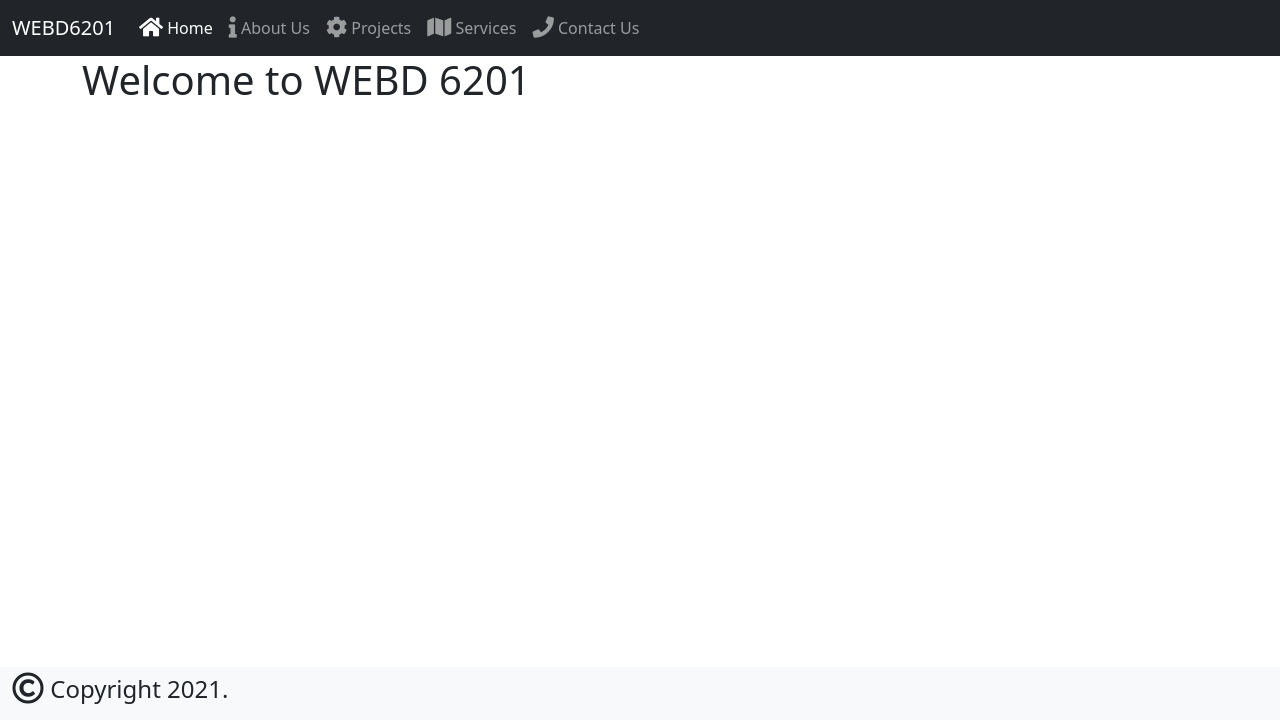
Repository: vans12345678/WEBD6201-W2021-ICE3b
Page: index.html
These files come from the project's save history. The page is drawn as it stood at one moment and after the next save; the edit follows.
The browser window is 1280 px wide. The pictures show the whole page.

Above is the page before, as saved 2021-02-03 09:31:08.
Console error: TypeError: h1.querySelectorAll is not a function

### index.html
<!DOCTYPE html>
<html lang="en">
<head>
    <meta charset="UTF-8">
    <meta name="viewport" content="width=device-width, initial-scale=1.0">
    <title>Home</title>
    <!-- CSS Section -->
    <link rel="stylesheet" href="./node_modules/bootstrap/dist/css/bootstrap.min.css">
    <link rel="stylesheet" href="./node_modules/@fortawesome/fontawesome-free/css/all.min.css">
    <link rel="stylesheet" href="./Content/app.css">
</head>
<body>
    <!-- Main Header -->
    <header>
        <!-- Main Navigation -->
        <nav class="navbar navbar-expand-lg navbar-dark bg-dark">
            <div class="container-fluid">
              <a class="navbar-brand" href="index.html">WEBD6201</a>
              <button class="navbar-toggler" type="button" data-bs-toggle="collapse" data-bs-target="#navbarSupportedContent" aria-controls="navbarSupportedContent" aria-expanded="false" aria-label="Toggle navigation">
                <span class="navbar-toggler-icon"></span>
              </button>
              <div class="collapse navbar-collapse" id="navbarSupportedContent">
                <ul class="navbar-nav me-auto mb-2 mb-lg-0">
                  <li class="nav-item">
                    <a class="nav-link active" aria-current="page" href="index.html"><i class="fas fa-home fa-lg"></i> Home</a>
                  </li>

                  <li class="nav-item">
                    <a class="nav-link" aria-current="page" href="about.html"><i class="fas fa-info fa-lg"></i> About Us</a>
                  </li>

                  <li class="nav-item">
                    <a class="nav-link" aria-current="page" href="projects.html"><i class="fas fa-cog fa-lg"></i> Projects</a>
                  </li>

                  <li class="nav-item">
                    <a class="nav-link" aria-current="page" href="services.html"><i class="fas fa-map fa-lg"></i> Services</a>
                  </li>

                  <li class="nav-item">
                    <a class="nav-link" aria-current="page" href="contact.html"><i class="fas fa-phone fa-lg"></i> Contact Us</a>
                  </li>
                </ul>
              </div>
            </div>
          </nav>
    </header>

    <!-- Main Content -->
    <main class="container">
        <h1>Welcome to WEBD 6201</h1>
        <p id="paragraphOne"></p>
    </main>

    <!-- Main Footer -->
    <footer>
        <nav class="navbar fixed-bottom navbar-light bg-light">
            <div class="container-fluid">
              <h4><i class="far fa-copyright fa-lg"></i> Copyright 2021.</h4>
            </div>
          </nav>
    </footer>

    <!-- Script Section-->
    <script src="./node_modules/jquery/dist/jquery.min.js"></script>
    <script src="./node_modules/bootstrap/dist/js/bootstrap.bundle.min.js"></script>
    <script src="./Scripts/app.js"></script>
</body>
</html>

### Scripts/app.js
/* custom JavaScript goes here */

//IIFE - Immediately Invoked Function Expression
//AKA - Anonymous Self-Executing Function
//Closure - limits scope leak

"use strict";
// let myPage = $(function()
// {
//   console.log("Document is Ready!");

// });


(function()
{
    function displayHome()
    {
      let h1 = $("main>h1").on("mouseover", function(){
        console.log("mouse over h1");
      });
      h1.querySelectorAll("h1")[0];

      h1.addEventListener("click", function()
      {
        console.log("clicked h1");
      })





        console.log(h1);
        let paragraphOneText =
          "This is a simple site to demonstrate DOM Manipulation for ICE 1";

        let paragraphOneElement = document.getElementById("paragraphOne");

        paragraphOneElement.textContent = paragraphOneText;
        paragraphOneElement.className = "fs-5";

        // Step 1. document.createElement
        let newParagraph = document.createElement("p");
        // Step 2. configure the element
        newParagraph.setAttribute("id", "paragraphTwo");
        newParagraph.textContent = "...And this is paragraph two";
        // Step 3. select the parent element
        let mainContent = document.getElementsByTagName("main")[0];
        // Step 4. Add / Insert the element
        mainContent.appendChild(newParagraph);

        newParagraph.className = "fs-6";

        // another way of injecting content
        let paragraphDiv = document.createElement("div");
        let paragraphThree = `<p id="paragraphThree" class="fs-7 fw-bold">And this is the Third Paragraph</p>`;
        paragraphDiv.innerHTML = paragraphThree;

        // insertions

        // example of inserting before a node
        //newParagraph.before(paragraphDiv);

        // example of inserting after a node
        newParagraph.after(paragraphDiv);

        // deletions

        // example of removing a single element
        //paragraphOneElement.remove();

        // example of removeChild
        mainContent.removeChild(paragraphOneElement);

        // update / modification
        //mainContent.firstElementChild.textContent = "Welcome Home!";

        mainContent.innerHTML = `<h1 id="firstHeading">Welcome to WEBD6201 - Lab 1</h1>
         <p id="paragraphOne" class="fs-3 fw-bold">This is my first Paragraph</p>
        `;

    }

    function displayAbout()
    {

    }

    function displayProjects()
    {

    }

    function displayServices()
    {

    }

    function displayContact()
    {
        let messageArea = document.getElementById("messageArea");
        messageArea.hidden = true;

        // form validation
        let fullName = document.getElementById("fullName");
        fullName.addEventListener("blur", function() {
            if(fullName.value.length < 2)
            {
                fullName.focus();
                fullName.select();
                messageArea.hidden = false;
                messageArea.className = "alert alert-danger";
                messageArea.textContent = "Please enter an appropriate Name";
            }
            else
            {
                messageArea.removeAttribute("class");
                messageArea.hidden = true;
            }
        });

        let sendButton = document.getElementById("sendButton");
        sendButton.addEventListener("click", function(event){
            //event.preventDefault();

            let contact = new Contact(fullName.value, contactNumber.value, emailAddress.value);

            if(contact.serialize())
            {
              localStorage.setItem((localStorage.length + 1).toString(), contact.serialize());
            }

        });
    }

    function displayContactList()
    {
      if (localStorage.length > 0)
      {
        let contactList = document.getElementById("contactList");

        let data = "";

        for (let index = 0; index < localStorage.length; index++)
        {
          let contactData = localStorage.getItem((index + 1).toString());

          let contact = new Contact();
          contact.deserialize(contactData);

          data += `<tr>
          <th scope="row">${index + 1}</th>
          <td>${contact.FullName}</td>
          <td>${contact.ContactNumber}</td>
          <td>${contact.EmailAddress}</td>
        </tr>`;
        }

        contactList.innerHTML = data;
      }
    }



    function Start()
    {
        console.log("App Started...");

        switch (document.title)
        {
          case "Home":
              displayHome();
            break;
          case "About":
              displayAbout();
            break;
          case "Projects":
              displayProjects();
            break;
          case "Services":
              displayServices();
            break;
          case "Contact":
              displayContact();
            break;
          case "Contact-List":
            displayContactList();
          break;
        }

    }

    window.addEventListener("load", Start);

})();

Loaded but not shown: node_modules/bootstrap/dist/css/bootstrap.min.css (library); node_modules/@fortawesome/fontawesome-free/css/all.min.css (library); Content/app.css (common file); node_modules/jquery/dist/jquery.min.js (library); node_modules/bootstrap/dist/js/bootstrap.bundle.min.js (library)

After the next save:
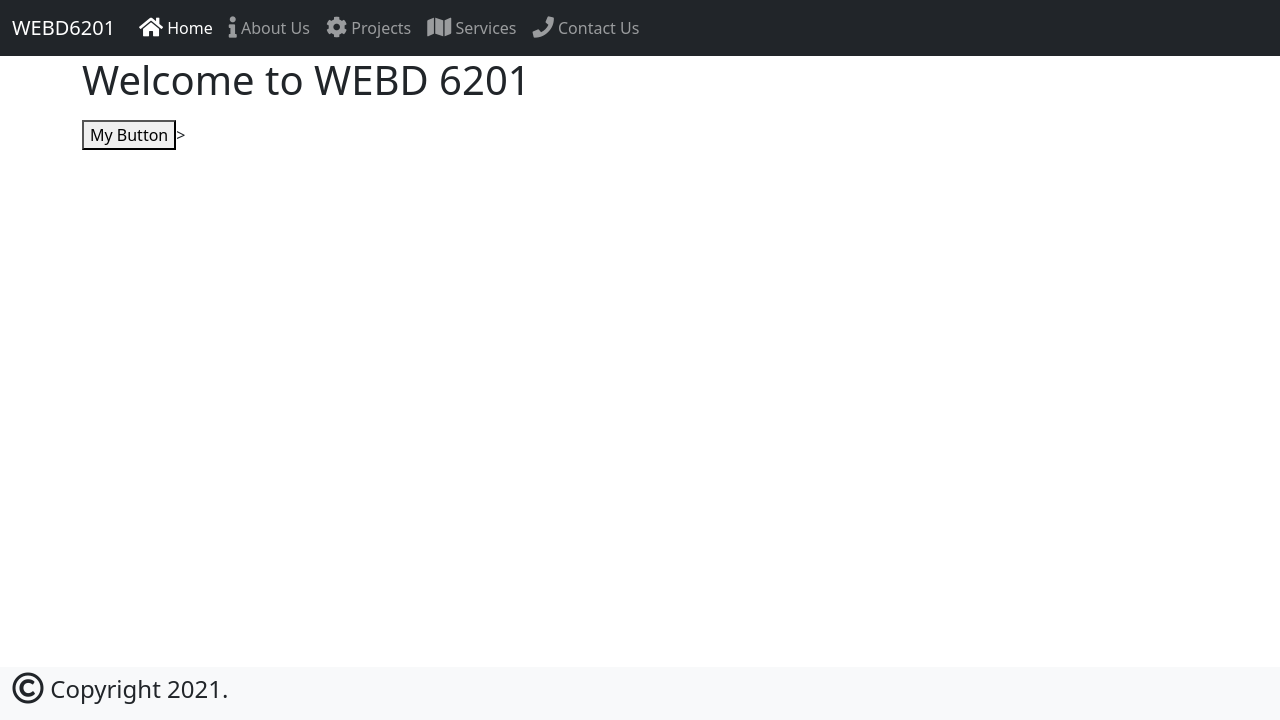
Saved 18 s later.
--- a/index.html
+++ b/index.html
@@ -50,6 +50,7 @@
     <main class="container">
         <h1>Welcome to WEBD 6201</h1>
         <p id="paragraphOne"></p>
+        <button>My Button</button>>
     </main>
 
     <!-- Main Footer -->
